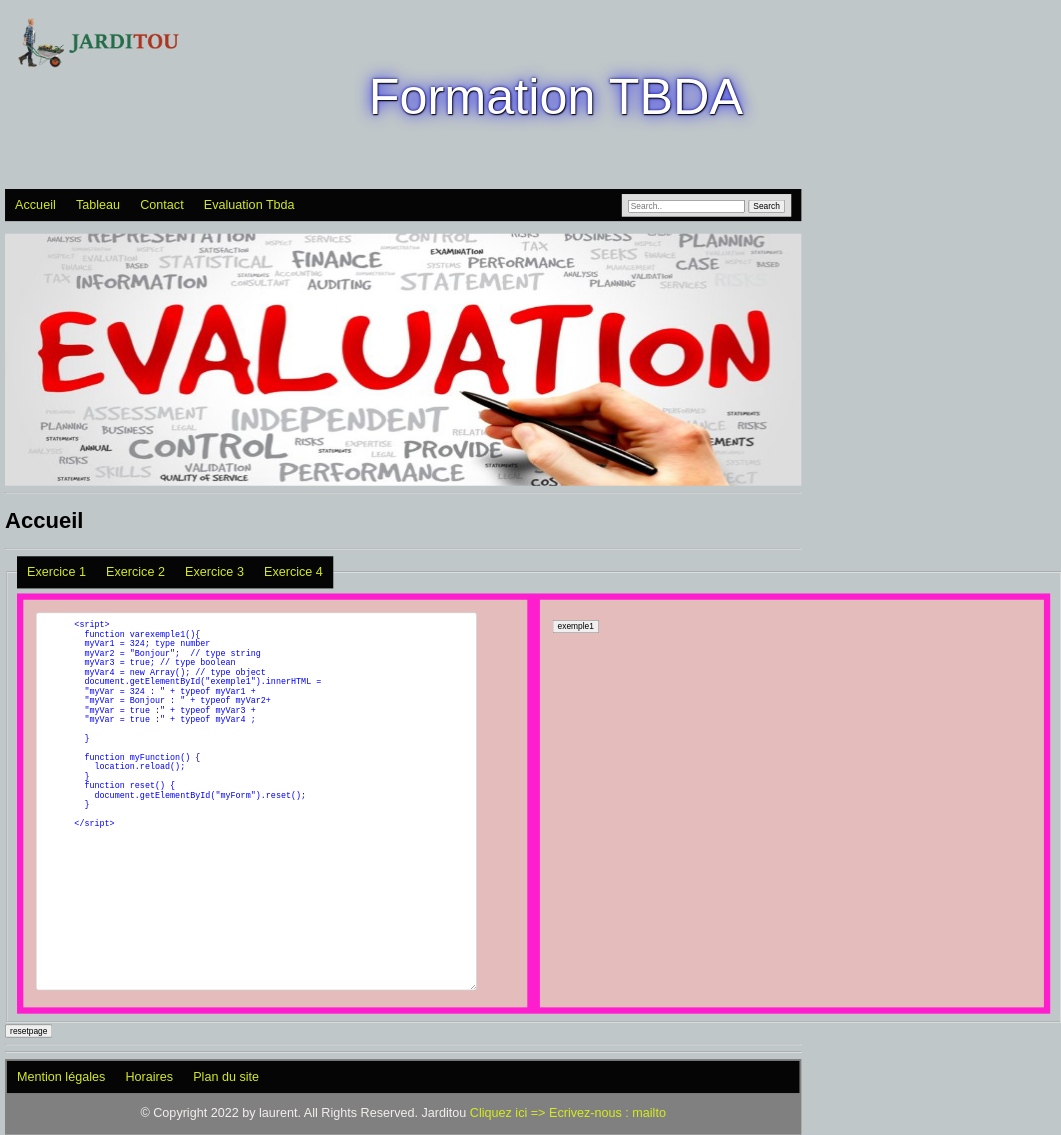
Repository: laurentbul/jarditou
Page: javascript/EvaluationTbda/evaluation_tbda.html
These files come from the project's save history. The page is drawn as it stood at one moment and after the next save; the edit follows.
The browser window is 1280 px wide. The page is 1684 px wide, so the pictures cover 1684 px, including what lies to the right of the window. The pictures show the whole page, at 63% of full size.

Above is the page before, as saved 2022-12-15 02:21:17.

### javascript/EvaluationTbda/evaluation_tbda.html
<!DOCTYPE html>
<html lang="fr">

<head>
  <meta charset="UTF-8">
  <meta http-equiv="X-UA-Compatible" content="IE=edge">
  <meta name="viewport" content="width=device-width, initial-scale=1.0">
  <title>cours exercices HTML</title>
  <link rel="stylesheet" href="../assets/css/style.css" />

  <style>
    .flex-container2 {
      display: flex;
      background-color: rgb(255, 30, 206);
    }

    .flex-container2 > div {
      background-color: #e4bcbc;
      margin: 10px;
      padding: 20px;
      font-size: 30px;
      width: 800px;
    }
    </style>
</head>

<body>
  <div class="flex-container">
    <div class="logo"><img src="../assets/img/jarditou_logo.png" alt="jarditou logo" title="jarditou logo" height="80" />
    </div>
    <div>
      <p class="slogan">Formation TBDA </p>
    </div>
  </div>
  <nav>
    <ul>
      <li><a href="../index.html">Accueil</a></li>
      <li><a href="../table.html">Tableau</a></li>
      <li><a href="../contact.html">Contact</a></li>
      <li><a href="evaluation_tbda.html">Evaluation Tbda</a></li>
      <li class="search-container">
        <div>
          <form action="/action_page.php">
            <input type="text" class="searchinput" placeholder="Search.." name="search" />
            <button type="submit">Search</button>
          </form>
        </div>
      </li>
    </ul>
  </nav>

  <img src="../assets/img/evaluation2.jpg" width="500" height="400" alt="qu'est ce que html" class="imgpromotion"
    title="promotion jarditou" />
  <hr />
  <h1>Accueil</h1>
  <include src="./horaire.html"></include>
  <hr>



  <fieldset>
    <legend style="padding:1px 0; font-size:20px;">
      <nav>
          <ul>
            <li><a href="eval_ex1.html">Exercice 1 </a></li>
            <li><a href="eval_ex2.html">Exercice 2 </a></li>
            <li><a href="eval_ex3.html">Exercice 3</a></li>
            <li><a href="eval_ex4.html">Exercice 4</a></li>
            </li>
          </ul>
        </nav>
  </legend>
    <div class="flex-container2">
    <div id="code">
      <textarea style="height: 600px;width: 700px; color: blue;">
      <sript>
        function varexemple1(){
        myVar1 = 324; type number
        myVar2 = "Bonjour";  // type string
        myVar3 = true; // type boolean
        myVar4 = new Array(); // type object
        document.getElementById("exemple1").innerHTML =
        "myVar = 324 : " + typeof myVar1 +
        "myVar = Bonjour : " + typeof myVar2+
        "myVar = true :" + typeof myVar3 +
        "myVar = true :" + typeof myVar4 ;

        }

        function myFunction() {
          location.reload();
        }
        function reset() {
          document.getElementById("myForm").reset();
        }

      </sript>
    </textarea>
    </div>
    <div id="exemple1">    <div ><input type="button" onclick="varexemple1()" value="exemple1">

    </div>

  </fieldset>


  <input type="button" onclick="myFunction()" value="resetpage"></div></div>
<hr>
<script>
function varexemple1(){
myVar1 = 324;    /* type number*/
myVar2 = "Bonjour";  // type string
myVar3 = true; // type boolean
myVar4 = new Array(); // type object
document.getElementById("exemple1").innerHTML =
"myVar = 324 : " + typeof myVar1 + "<br>" +"<br>" +
"myVar = Bonjour : " + typeof myVar2 + "<br>" +"<br>" +
"myVar = true :" + typeof myVar3 + "<br>" +"<br>" +
"myVar = true :" + typeof myVar4 + "<br>" +"<br>"

}

function myFunction() {
  location.reload();
}
function reset() {
  document.getElementById("myForm").reset();
}

</script>

<hr>
  <footer>
    <nav>
      <ul>
        <li><a href="mentionlegale.html">Mention légales</a></li>
        <li><a href="horaire.html">Horaires</a></li>
        <li><a href="plandusite.html">Plan du site</a></li>
      </ul>
    </nav>
    <p style="color: rgb(244, 238, 238);">
      &copy; Copyright 2022 by laurent. All Rights Reserved. Jarditou
      <a href="mailto:dave.loper@afpa.fr" title="Nous contacter">
        Cliquez ici => Ecrivez-nous : mailto
      </a>
    </p>
  </footer>
</body>

</html>

### javascript/assets/css/style.css
body {
  font-family: Arial, Helvetica, sans-serif;
  padding: 0px;
  background-color: rgb(192, 199, 201);
  font-size: 20px;
  height: 1500px;
}
h1{font-size: 35px;
}
h2{font-size: 20px;
}
.flex-container {
  display: flex;
}

.flex-container>div {
  padding: 20px;
}

.jarditou_logo {
  height: 80px;
}

.slogan {
  color: white;
  text-shadow: 1px 1px 2px black, 0 0 25px blue, 0 0 5px darkblue;
  font-size: 40px;
  margin-left: 250px;
  font-size: 80px;
}

ul {
  list-style-type: none;
  margin: 0;
  padding: 0;
  overflow: hidden;
  background-color: rgb(5, 5, 5);
}

li {
  float: left;
}

li a {
  display: block;
  color: white;
  text-align: center;
  padding: 14px 16px;
  text-decoration: none;
}

li a:hover:not(.active) {
  background-color: rgb(240, 10, 10);
}

.active {
  background-color: #4caf50;
}

a:link {
  color: rgb(214, 235, 28);
  background-color: transparent;
  text-decoration: none;
}

ul.a {

  background-color: rgb(179, 167, 167);

  color:rgb(42, 226, 211);

}


aside {
  width: 30%;
  height: 25%px;
  padding-left: 15px;
  float: right;
  font-style: italic;
  background-color: lightgray;
  margin-right: 60px;
  /*display:none */ /*===========correction =======================*/
}



.imgpromotion {
  display: block;
  margin-top: 20px;
  margin-left: auto;
  margin-right: auto;
  width: 100%;
}


footer {
  text-align: center;
  padding: 3px;
  background-color: gray;
  color: white;
}


.search-container {
  float: right;
  padding: 6px 10px;
  margin-top: 8px;
  margin-right: 16px;
  background: #ddd;
  font-size: 20px;
  border: none;
  cursor: pointer;
}


* {
  box-sizing: border-box;
}

input[type=text]:not(.searchinput),
select,
textarea {
  width: 100%;
  padding: 12px;
  border: 1px solid #ccc;
  border-radius: 4px;
  resize: vertical;
}



input[type=submit] {
  display: block;
  margin: 0px;
  width: 100%;
  padding: 12px;
  background-color: rgb(211, 211, 212);
}


input[type=submit]:hover {
  background-color: #d6c82f;
}

.container {
  border-radius: 5px;
  background-color: #af1818;
  padding: 20px;
}

#pays {
  font-size: 20px;
}

#birthday {
  font-size: 20px;
}

table {
  margin-bottom: 50px;
  margin-left: 100px;
}


th,
td {
  border: 1px solid black;
  border-collapse: collapse;
  margin-left: 100px;
  margin-bottom: 10px;
  background-color: #3f3324;
}

th {
  background-color: gray;
}

tr {
  color: azure;
}

table {
  width: 50%;
}

.btncontact {
  height: 45px;
  width: 200px;
  background-color: hsl(127, 4%, 46%);
  font-size: 20px;
  margin-left: 100px;
}

.btncontact:hover {
  background-color: #6ab0d8;
  color: white;
}

/* Responsive layout - when the screen is less than 768px wide, make the two columns stack on top of each other instead of next to each other */
@media screen and (max-width: 768px) {

  body {

    background-color: lavender;
    font-size: 14px;
  }


  .flex-container {
    display: flex;
  }

  .flex-container>div {
    padding: 0px;

  }

  .jarditou_logo {
    height: 80px;
  }

  .slogan {
    color: white;
    text-shadow: 1px 1px 2px black, 0 0 25px blue, 0 0 5px darkblue;
    margin-left: 0px;
    font-size: 40px;
  }

  ul {
    list-style-type: none;
    background-color: #367791;
    width: 768px;
  }

  li {
    background-color: rgb(10, 10, 10);
    display: flex;
    justify-content: center;
    width: 768px;
  }

  li a:hover:not(.active) {
    background-color: rgb(240, 10, 10);
  }

  aside{
    visibility: hidden;
}


}

.error{
  color: rgb(197, 22, 22);
}

After the next save:
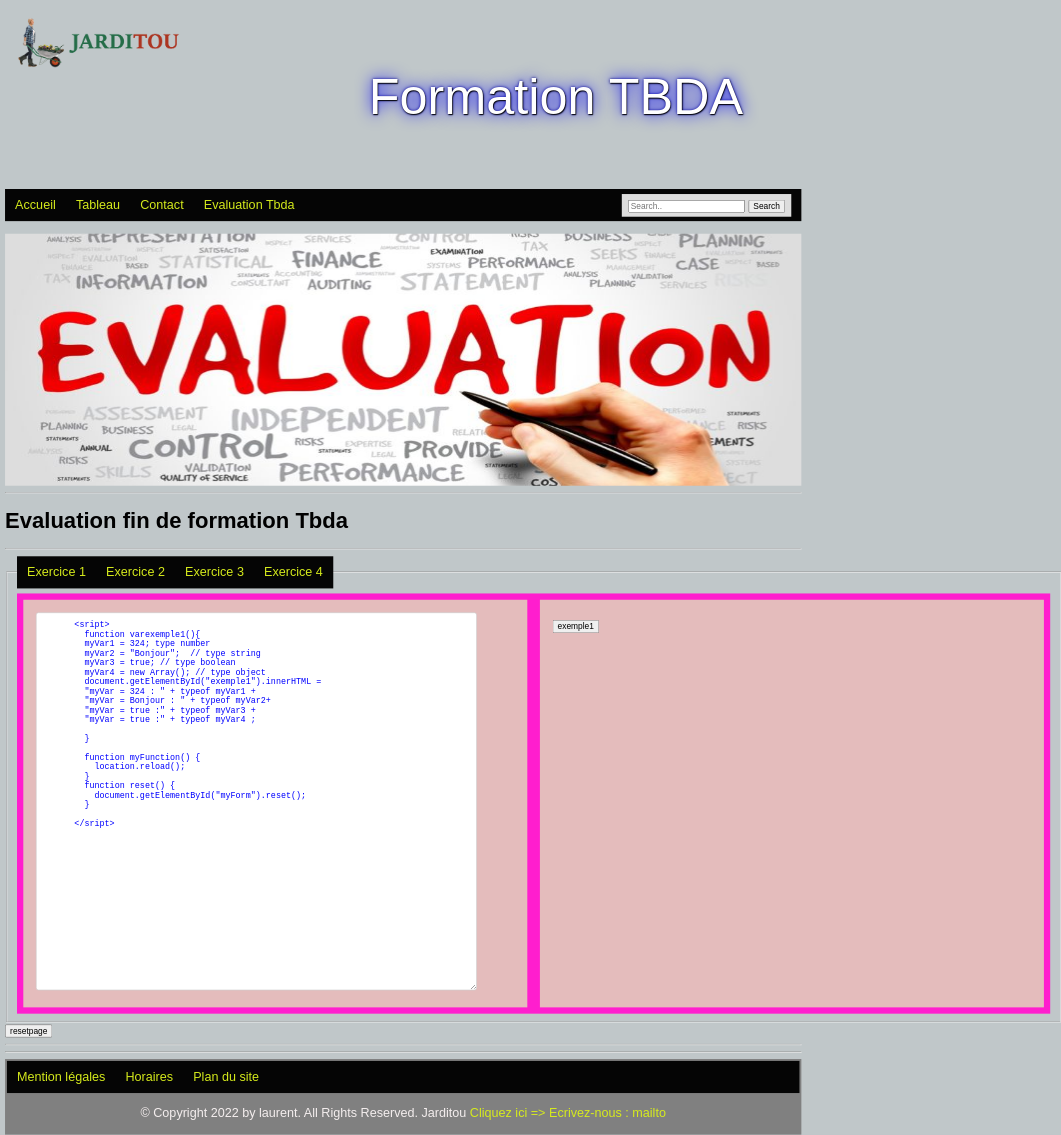
Saved 2 min 39 s later.
--- a/javascript/EvaluationTbda/evaluation_tbda.html
+++ b/javascript/EvaluationTbda/evaluation_tbda.html
@@ -52,7 +52,7 @@
   <img src="../assets/img/evaluation2.jpg" width="500" height="400" alt="qu'est ce que html" class="imgpromotion"
     title="promotion jarditou" />
   <hr />
-  <h1>Accueil</h1>
+  <h1>Evaluation fin de formation Tbda</h1>
   <include src="./horaire.html"></include>
   <hr>
 
